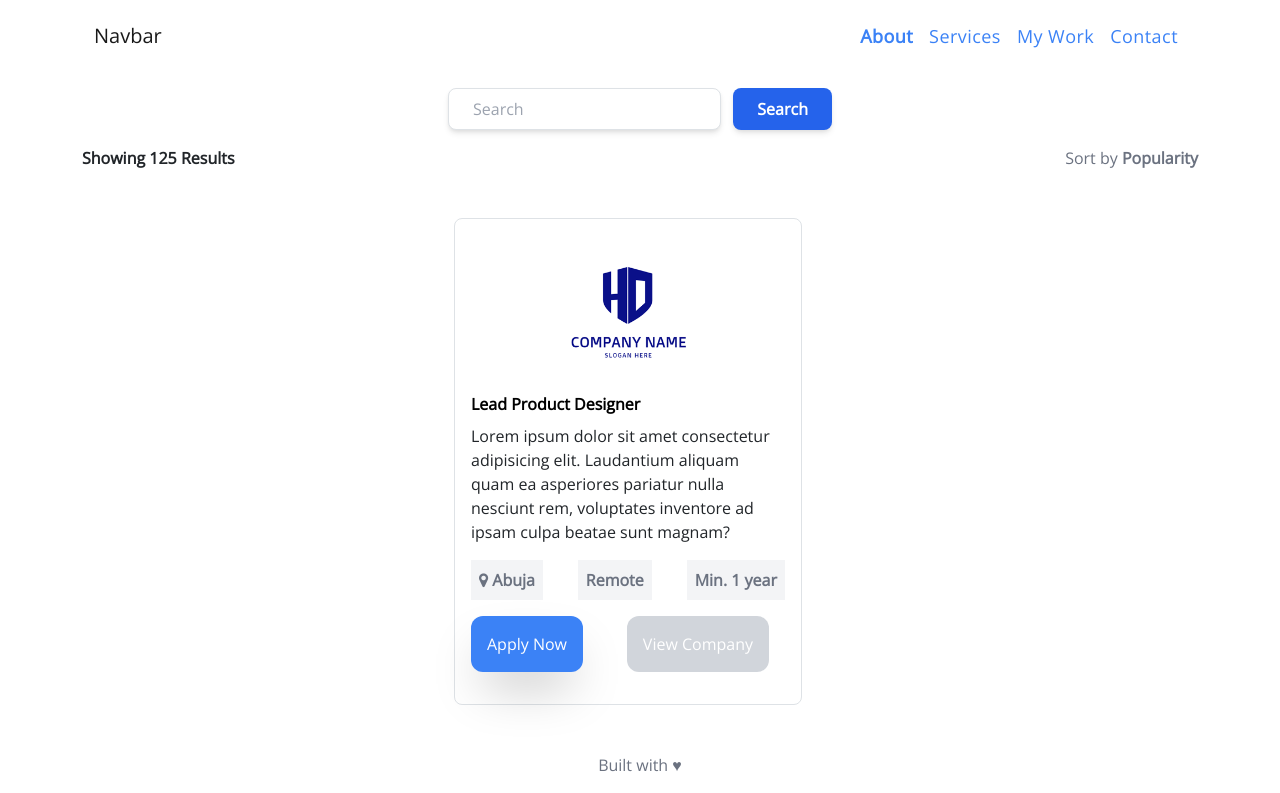
Repository: latenightsnacc/giggles
Page: HTML/search.html
These files come from the project's save history. The page is drawn as it stood at one moment and after the next save; the edit follows.
The browser window is 1280 px wide. The pictures show the whole page.
Some web libraries are served in a nearby version.

Above is the page before, as saved 2021-01-04 12:10:27.

### HTML/search.html
<!DOCTYPE html>
<html lang="en">
<head>
    <meta charset="UTF-8">
    <meta name="viewport" content="width=device-width, initial-scale=1.0">
    <link href="https://cdnjs.cloudflare.com/ajax/libs/tailwindcss/2.0.2/tailwind.min.css" rel="stylesheet">
    <link rel="stylesheet" href="https://stackpath.bootstrapcdn.com/font-awesome/4.7.0/css/font-awesome.min.css" />
    <link href="https://cdn.jsdelivr.net/npm/bootstrap@5.0.0-beta1/dist/css/bootstrap.min.css" rel="stylesheet" integrity="sha384-giJF6kkoqNQ00vy+HMDP7azOuL0xtbfIcaT9wjKHr8RbDVddVHyTfAAsrekwKmP1" crossorigin="anonymous">
    <link rel="stylesheet" href="stylesheet.css">
    <title>Search Page</title>
</head>
<body class="overflow-x-hidden">
    <!--Navigation-->
    <header class="container">
        <nav class="navbar navbar-expand-lg navbar-light bg-white py-3">
            <div class="container-fluid">
                <a class="navbar-brand" href="search.html">Navbar</a>
                <button class="navbar-toggler" type="button" data-bs-toggle="collapse" data-bs-target="#navbarNavDropdown" aria-controls="navbarNavDropdown" aria-expanded="false" aria-label="Toggle navigation">
                    <span class="navbar-toggler-icon"></span>
                </button>
                <div class="collapse navbar-collapse" id="navbarNavDropdown">
                    <ul class="navbar-nav ml-auto">
                    <li class="nav-item">
                        <a class="nav-link text-lg hover:underline hover:font-bold tracking-wide leading-5 active" aria-current="page" href="#">About</a>
                    </li>
                    <li class="nav-item">
                        <a class="nav-link text-lg hover:underline hover:font-bold tracking-wide leading-5" href="#">Services</a>
                    </li>
                    <li class="nav-item">
                        <a class="nav-link text-lg hover:underline hover:font-bold tracking-wide leading-5" href="#">My Work</a>
                    </li>
                    <li class="nav-item">
                        <a class="nav-link text-lg hover:underline hover:font-bold tracking-wide leading-5" href="#">Contact</a>
                    </li>
                    </ul>
                </div>
            </div>
        </nav>
    </header>
    <main>
        <!-- search form-->
        <div class="container">
            <form class="flex w-full max-w-sm mx-auto space-x-3 my-3">
                <input class="flex-1 appearance-none border border-transparent w-full py-2 px-4 bg-white text-gray-700 placeholder-gray-400 shadow-md rounded-lg text-base focus:outline-none focus:ring-2 focus:ring-blue-600 focus:border-transparent" type="search" placeholder="Search">
                <button class="flex-shrink-0 bg-blue-600 text-white text-base font-semibold py-2 px-4 rounded-lg shadow-md hover:bg-blue-700 focus:outline-none focus:ring-2 focus:ring-blue-500 focus:ring-offset-2 focus:ring-offset-blue-200" type="submit">
                  Search
                </button>
            </form>
        </div>

        <div class="container">
            <div class="flex flex-row w-100 justify-between">
                <div class="font-bold">Showing 125 Results</div>
                <div class="text-gray-500">Sort by <span class="font-semibold">Popularity</span> </div>
            </div>
        </div>

        <div class="container my-5">
            <div class="row flex justify-center items-center w-100">
                <div class="col-xs-12 col-sm-12 col-md-4 col-lg-4">
                    <div class="max-w-sm hover:shadow-2xl border mx-auto p-3 rounded-lg">
                        <a href="#" class="flex justify-center">
                            <img src="assets/logo.png" alt="company-logo" style="max-width: 50%;">
                        </a>
                        <div class="text-black text-md font-bold pb-2">Lead Product Designer</div>
                        <p>Lorem ipsum dolor sit amet consectetur adipisicing elit. Laudantium aliquam quam ea asperiores pariatur nulla nesciunt rem, voluptates inventore ad ipsam culpa beatae sunt magnam?</p>
                        <div class="flex flex-row justify-between">
                            <span class="bg-gray-100 text-gray-500 p-2 font-semibold"><i class="fa fa-map-marker"></i> Abuja</span>
                            <span class="bg-gray-100 text-gray-500 p-2 font-semibold">Remote</span>
                            <span class="bg-gray-100 text-gray-500 p-2 font-semibold">Min. 1 year</span>
                        </div>
                        <div class="flex flex-row justify-between">
                            <button class="bg-blue-500 hover:bg-blue-700 text-white p-3 semi-bold rounded-xl shadow-2xl my-3">Apply Now</button>
                            <button class="bg-gray-300 hover:bg-blue-700 text-white p-3 semi-bold rounded-xl hover:shadow-2xl my-3 mx-3">View Company</button>
                        </div>
                    </div>
                </div>
            </div>
        </div>
    </main>
    <footer class="text-center text-l text-blue-500 font-semibold">

        <p class="text-gray-500">Built with &hearts;</p>

    <script src="https://cdn.jsdelivr.net/npm/bootstrap@5.0.0-beta1/dist/js/bootstrap.bundle.min.js" integrity="sha384-ygbV9kiqUc6oa4msXn9868pTtWMgiQaeYH7/t7LECLbyPA2x65Kgf80OJFdroafW" crossorigin="anonymous"></script>

</body>
</html>

### HTML/stylesheet.css
@import url('https://fonts.googleapis.com/css2?family=Montserrat:wght@400;700&family=Open+Sans:wght@300;400&display=swap');

h1, h2, h3, h4, h5, h6 {
    font-family: 'Montserrat', sans-serif;
}
.user-info h1 {
    line-height: 60px;
    font-size: 50px;
    font-weight: 700;
    margin-top: 20px;
}
.user-info h2 {
    line-height: 27px;
    font-size: 18px;
    font-weight: 400;
    margin-top: 15px;
}
.user-info span {
    line-height: 36px;
    font-size: 30px;
    font-weight: 600;
}
.user-info p {
    margin: 5px 0;
}
.user-info button {
    margin-top: 10px;
}
p, div, a, button {
    font-family: 'Open Sans', sans-serif;
    font-weight: 300;
}

.work-experience .row:hover .text {
    border:2px solid  #3b82f6;

}
.work-experience .row:hover .flex .no {
    border:1px solid #3b82f6;

}
.nav-link {
    color: #3b82f6 !important;
}
.nav-item .active{
    font-weight: 600;
}

After the next save:
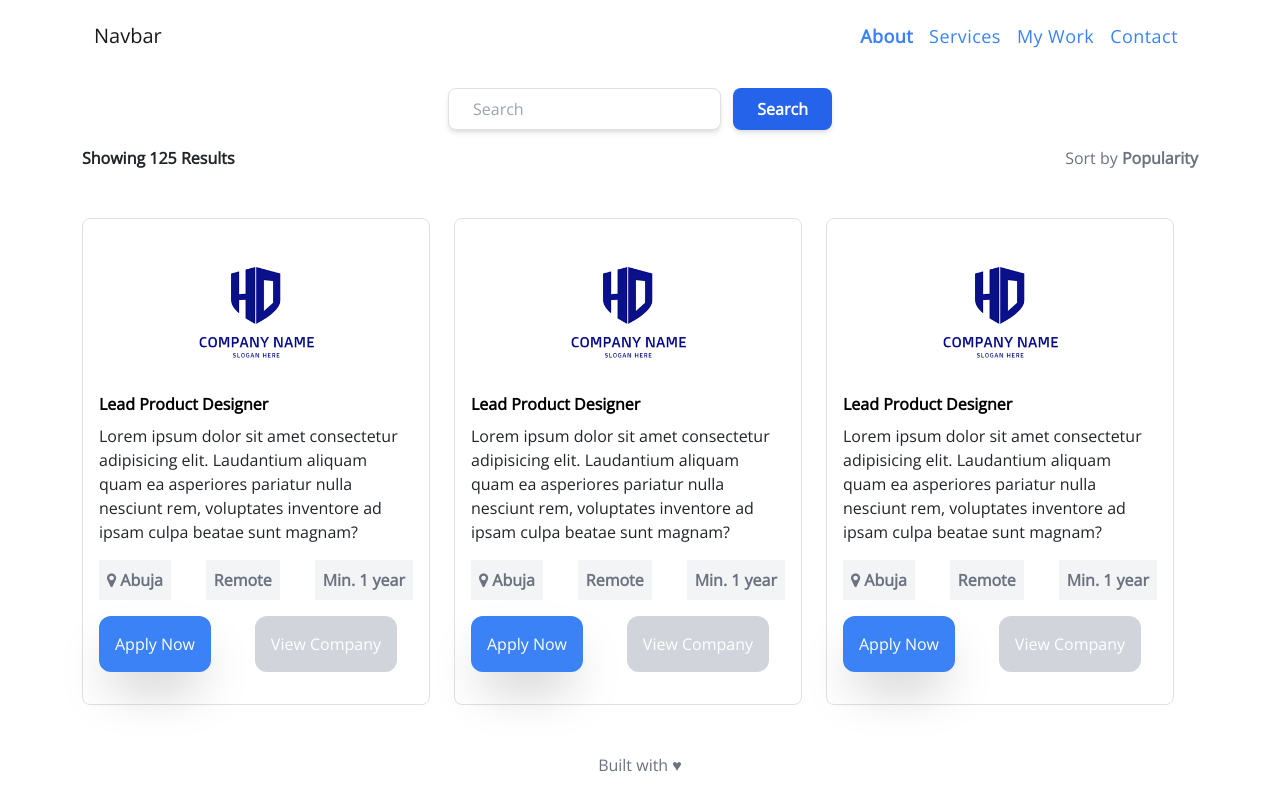
Saved 19 s later.
--- a/HTML/search.html
+++ b/HTML/search.html
@@ -75,6 +75,42 @@
                         </div>
                     </div>
                 </div>
+                <div class="col-xs-12 col-sm-12 col-md-4 col-lg-4">
+                    <div class="max-w-sm hover:shadow-2xl border mx-auto p-3 rounded-lg">
+                        <a href="#" class="flex justify-center">
+                            <img src="assets/logo.png" alt="company-logo" style="max-width: 50%;">
+                        </a>
+                        <div class="text-black text-md font-bold pb-2">Lead Product Designer</div>
+                        <p>Lorem ipsum dolor sit amet consectetur adipisicing elit. Laudantium aliquam quam ea asperiores pariatur nulla nesciunt rem, voluptates inventore ad ipsam culpa beatae sunt magnam?</p>
+                        <div class="flex flex-row justify-between">
+                            <span class="bg-gray-100 text-gray-500 p-2 font-semibold"><i class="fa fa-map-marker"></i> Abuja</span>
+                            <span class="bg-gray-100 text-gray-500 p-2 font-semibold">Remote</span>
+                            <span class="bg-gray-100 text-gray-500 p-2 font-semibold">Min. 1 year</span>
+                        </div>
+                        <div class="flex flex-row justify-between">
+                            <button class="bg-blue-500 hover:bg-blue-700 text-white p-3 semi-bold rounded-xl shadow-2xl my-3">Apply Now</button>
+                            <button class="bg-gray-300 hover:bg-blue-700 text-white p-3 semi-bold rounded-xl hover:shadow-2xl my-3 mx-3">View Company</button>
+                        </div>
+                    </div>
+                </div>
+                <div class="col-xs-12 col-sm-12 col-md-4 col-lg-4">
+                    <div class="max-w-sm hover:shadow-2xl border mx-auto p-3 rounded-lg">
+                        <a href="#" class="flex justify-center">
+                            <img src="assets/logo.png" alt="company-logo" style="max-width: 50%;">
+                        </a>
+                        <div class="text-black text-md font-bold pb-2">Lead Product Designer</div>
+                        <p>Lorem ipsum dolor sit amet consectetur adipisicing elit. Laudantium aliquam quam ea asperiores pariatur nulla nesciunt rem, voluptates inventore ad ipsam culpa beatae sunt magnam?</p>
+                        <div class="flex flex-row justify-between">
+                            <span class="bg-gray-100 text-gray-500 p-2 font-semibold"><i class="fa fa-map-marker"></i> Abuja</span>
+                            <span class="bg-gray-100 text-gray-500 p-2 font-semibold">Remote</span>
+                            <span class="bg-gray-100 text-gray-500 p-2 font-semibold">Min. 1 year</span>
+                        </div>
+                        <div class="flex flex-row justify-between">
+                            <button class="bg-blue-500 hover:bg-blue-700 text-white p-3 semi-bold rounded-xl shadow-2xl my-3">Apply Now</button>
+                            <button class="bg-gray-300 hover:bg-blue-700 text-white p-3 semi-bold rounded-xl hover:shadow-2xl my-3 mx-3">View Company</button>
+                        </div>
+                    </div>
+                </div>
             </div>
         </div>
     </main>
